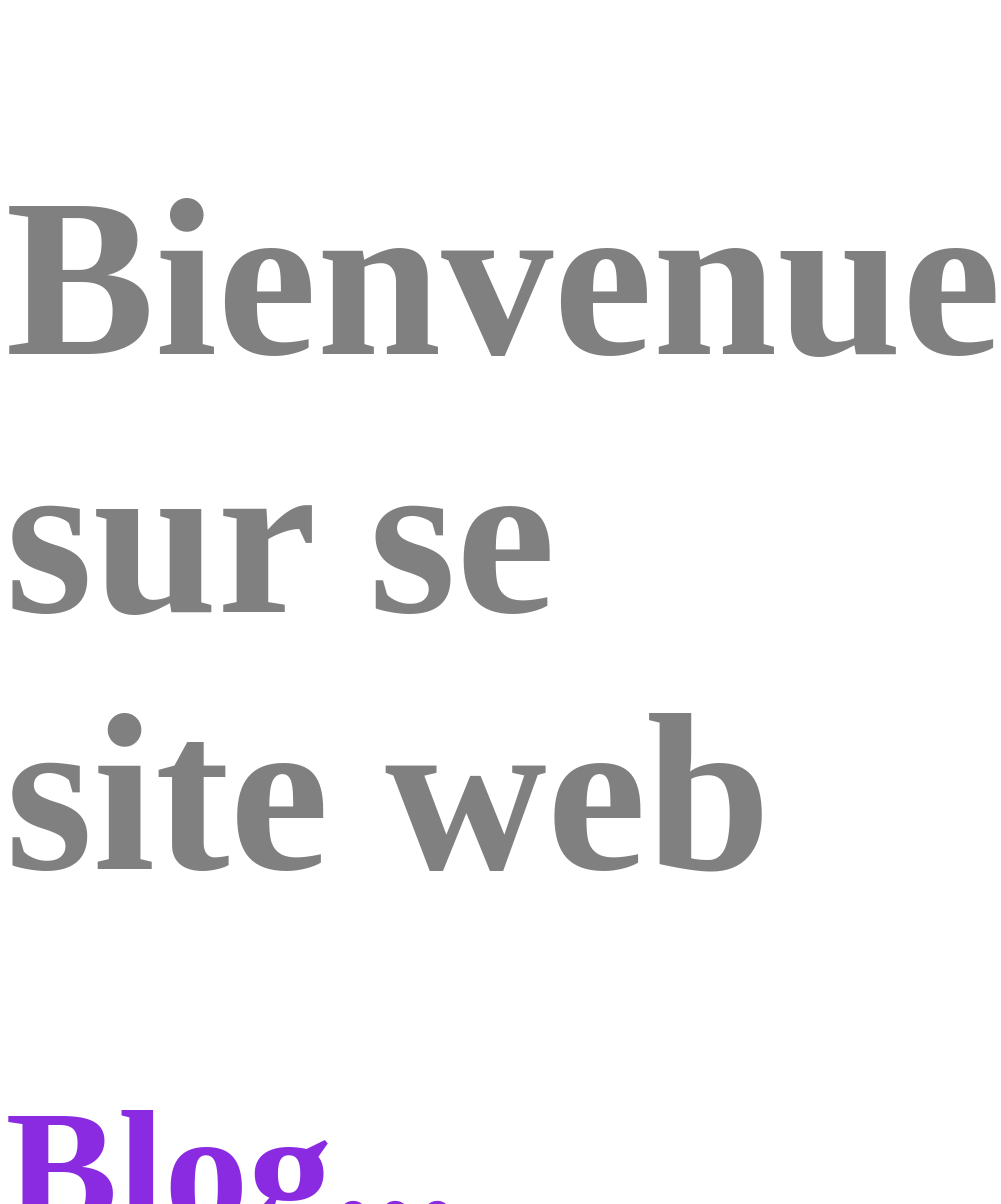
Repository: ValetteEvan/PersonalWebApp
Page: index.html
These files come from the project's save history. The page is drawn as it stood at one moment and after a run of saves; the edit follows.
The browser window is 1280 px wide. The page is 1430 px wide, then 1280 px, so the pictures cover 1430 px, including what lies to the right of the window. The pictures show the part of the page from y = 0 to 1720 px (the page is 6050 px tall before and 1275 px after), at 70% of full size.

Above is the page before, as saved 2025-01-07 17:41:03.

### index.html
<!DOCTYPE html>
<html>

    <head>
        <meta charset="utf-8" />
        <title>Valette Evan</title>
        <link href="style.css" rel="stylesheet">
    </head>

    <body>
        <div class="webGlobal">
            <h1>Bienvenue sur se site web</h1>
            <h2>Blog... Experiment... My road...</h2>
                <p class="firstParagraph">Nous sommes actuellement en train de peaufiner notre site pour
                 vous offrir une expérience encore meilleure. Nous vous remercions
                 pour votre patience et votre compréhension pendant cette phase de
                 développement. N'hésitez pas à revenir bientôt pour découvrir toutes nos nouveautés !!
                </p>
        </div>
    </body>
</html>

### style.css
h1 {
    color: gray;
}
.webGlobal{
    font-size: 10em;
    color: blueviolet;
}

After the next 2 saves:
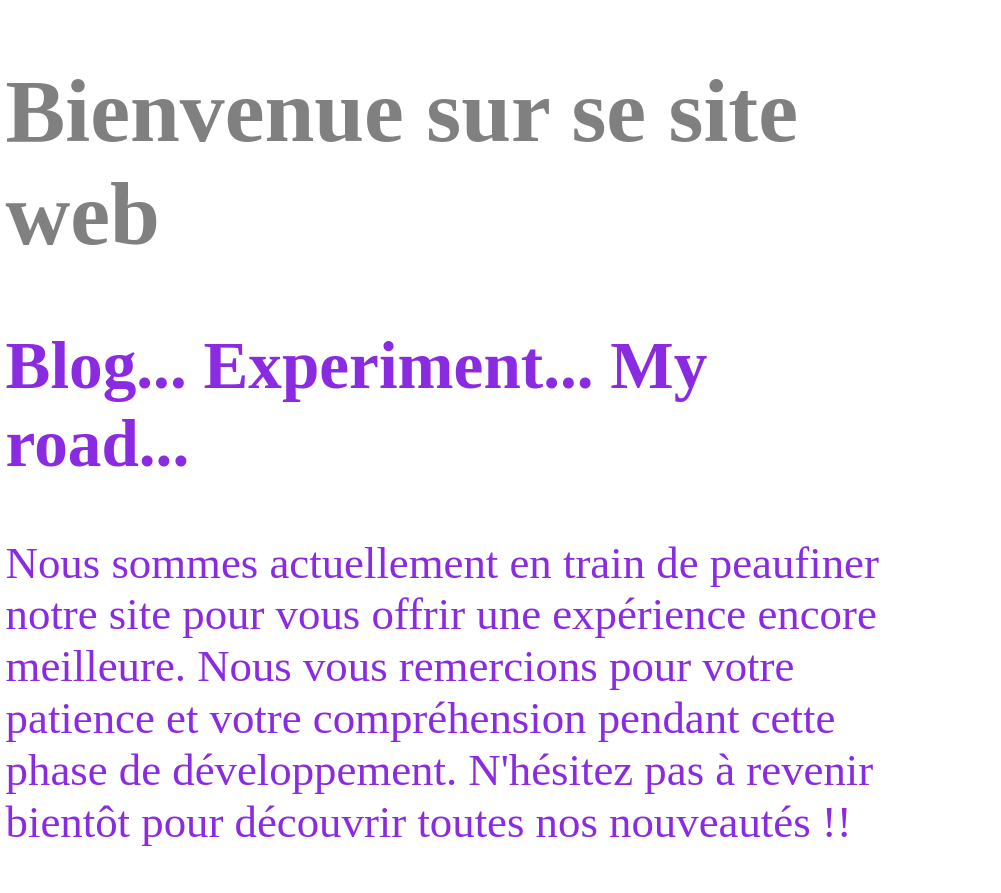
The 2 saves are shown as one change because they came seconds apart.
The last was saved 7 s later.
--- a/style.css
+++ b/style.css
@@ -2,6 +2,6 @@ h1 {
     color: gray;
 }
 .webGlobal{
-    font-size: 10em;
+    font-size: 4em;
     color: blueviolet;
 }
